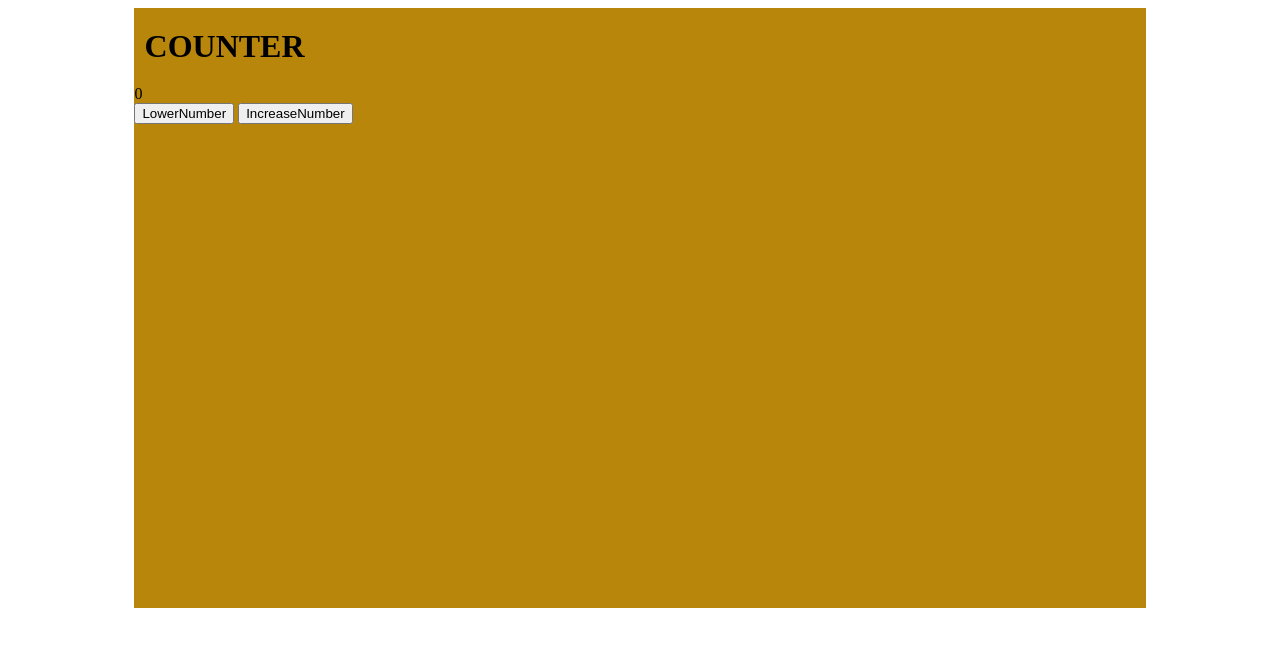
Repository: Sgalstyan06/counterNum
Page: index.html
An editor plug-in stored every save of this project. The page is shown before and after a run of saves, followed by the edit.
The browser window is 1280 px wide. The pictures show the whole page.

Above is the page before, as saved 2022-02-14 16:47:44.

### index.html
<!DOCTYPE html>
<html lang="en">
<head>
    <meta charset="UTF-8">
    <meta http-equiv="X-UA-Compatible" content="IE=edge">
    <meta name="viewport" content="width=device-width, initial-scale=1.0">
    <title>Document</title>
    <link rel="stylesheet" href="./style.css">
</head>
<body>
    <div class="main">
        <div><h1>COUNTER</h1></div>

        <div class="result">0</div>
        <div>
            <button class="LowerNumber">LowerNumber</button>
            <button class="IncreaseNumber">IncreaseNumber</button>
        </div>
    </div>
    <script src="./script.js"></script>
</body>
</html>

### style.css
.main{
    width: 80%;
    height: 600px;
    margin: 0 auto;
    background-color: darkgoldenrod;
    display: flex;
    flex-direction: column;
}
h1{
    width: 98%;
    margin: 20px auto;
}

Loaded but not shown: script.js (no stored copy; drawn as an empty file)

After the next 3 saves:
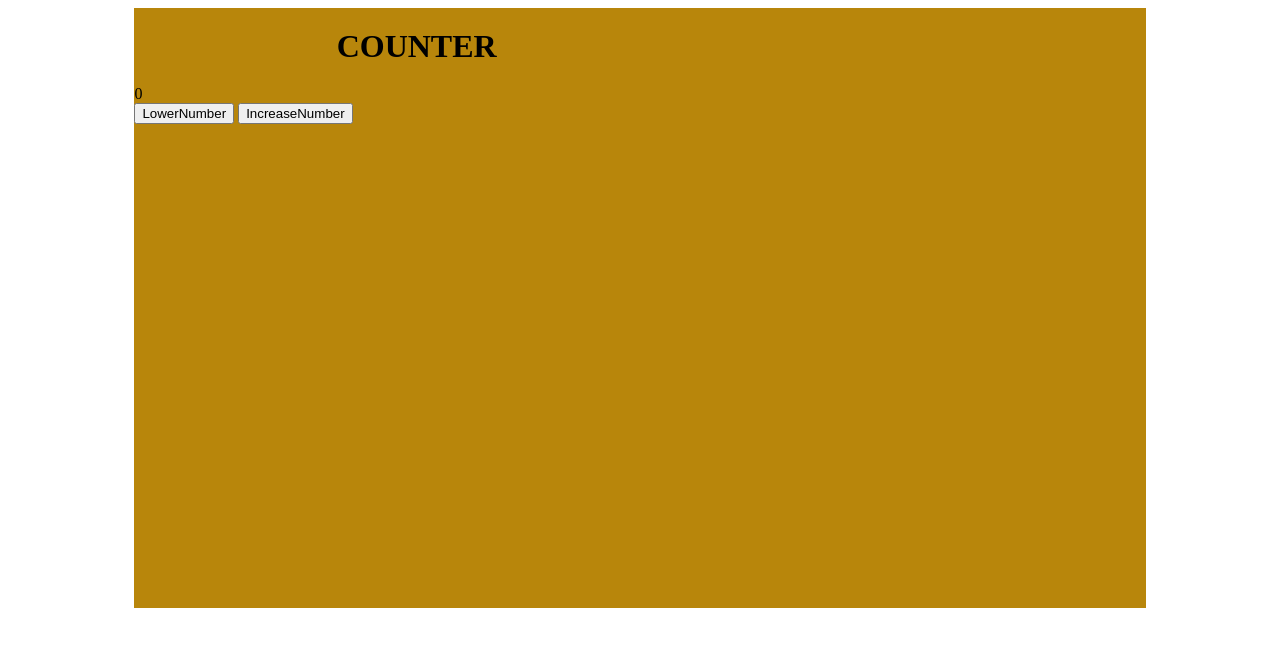
The 3 saves are shown as one change because they came seconds apart.
The last was saved 12 s later.
--- a/style.css
+++ b/style.css
@@ -7,6 +7,6 @@
     flex-direction: column;
 }
 h1{
-    width: 98%;
+    width: 60%;
     margin: 20px auto;
 }
